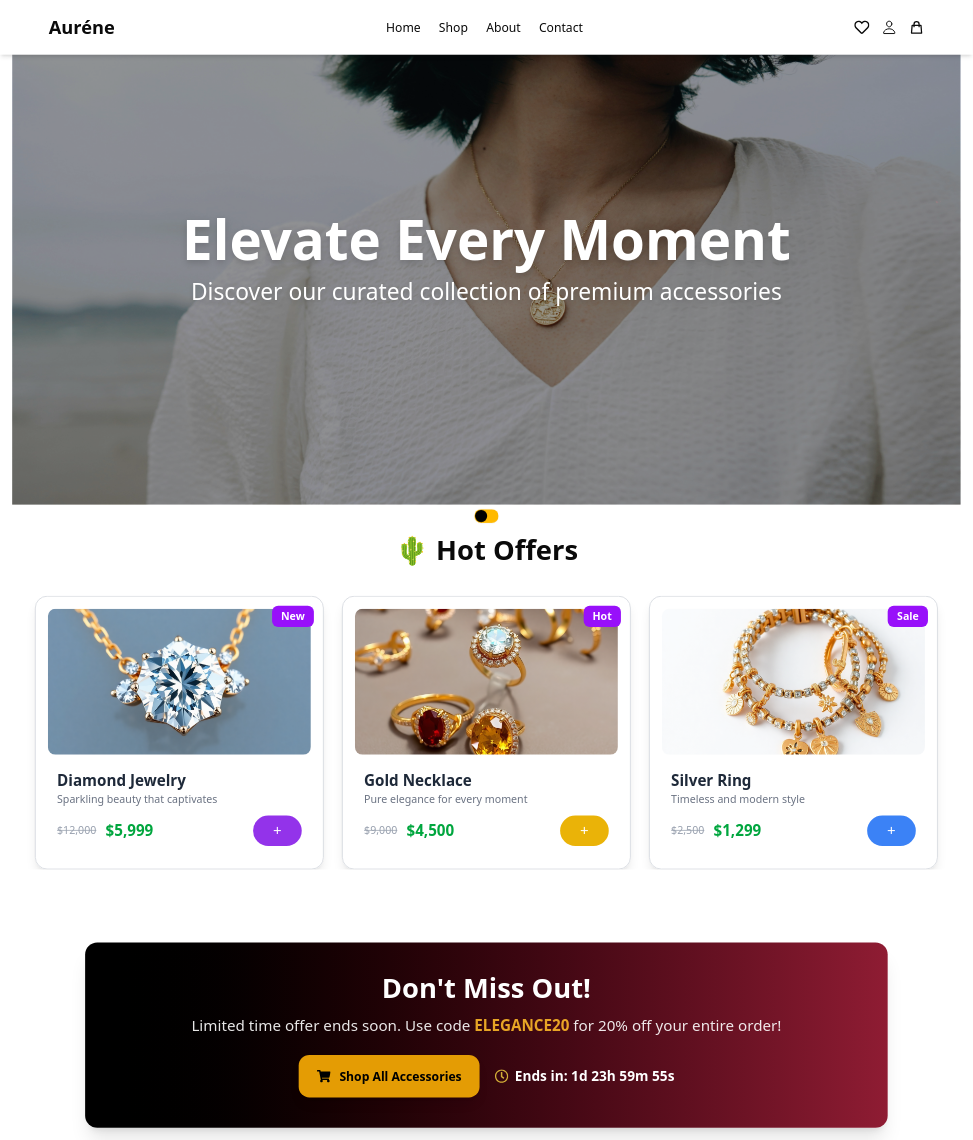
Repository: oehab30/Aur-ne-e-commerce-
Page: /
These files come from the project's save history. The page is drawn as it stood at one moment and after a run of saves; the edit follows.
The browser window is 1280 px wide. The pictures show the whole page, at 76% of full size.
The project was rebuilt for these pictures with package versions that can differ from the ones it lists, and the page was loaded fresh each time. Also part of the build but not shown: src/components/common/Tap.tsx, src/pages/Shop.tsx, src/pages/cart.tsx, src/pages/Profile.tsx, src/pages/About.tsx, src/pages/Contact.tsx, src/pages/Error.tsx, src/pages/Wishlist.tsx and 1 more. Imported but missing from the stored project, and not drawn on this page: src/components/ui/breadcrumb.tsx.

Above is the page before, as saved 2025-11-24 20:35:37.

### index.html
<!doctype html>
<html lang="en">
  <head>
    <meta charset="UTF-8" />
    <link rel="icon" type="image/svg+xml" href="/vite.svg" />
    <meta name="viewport" content="width=device-width, initial-scale=1.0" />
<link
  href="https://fonts.googleapis.com/css2?family=Playfair+Display:wght@400;500;600;700&display=swap"
  rel="stylesheet"
/>

    <title>vite-project</title>
  </head>
  <body>
    <div id="root"></div>
    <script type="module" src="/src/main.tsx"></script>
  </body>
</html>

### src/main.tsx
// main.tsx
import "./assets/styles/Modules.css";
import React from "react";
import ReactDOM from "react-dom/client";
import Routes from "./Routes/Routes"; // this is your router setup

ReactDOM.createRoot(document.getElementById("root")!).render(
  <React.StrictMode>
    <Routes />
  </React.StrictMode>
)

### src/assets/styles/Modules.css
@import url('https://fonts.googleapis.com/css2?family=Playfair+Display:wght@400;500;600;700&display=swap');

@import "tailwindcss";

@import "tw-animate-css";

@custom-variant dark (&:where(.dark *) );

:root {
  --primary: oklch(0.205 0 0);
  --buttons: #d5ae37;
  --radius: 0.625rem;
  --background: oklch(1 0 0);
  --foreground: oklch(0.145 0 0);
  --card: oklch(1 0 0);
  --card-foreground: oklch(0.145 0 0);
  --popover: oklch(1 0 0);
  --popover-foreground: oklch(0.145 0 0);
  --primary-foreground: oklch(0.985 0 0);
  --secondary: oklch(0.97 0 0);
  --secondary-foreground: oklch(0.205 0 0);
  --muted: oklch(0.97 0 0);
  --muted-foreground: oklch(0.556 0 0);
  --accent: oklch(0.97 0 0);
  --accent-foreground: oklch(0.205 0 0);
  --destructive: oklch(0.577 0.245 27.325);
  --border: oklch(0.922 0 0);
  --input: oklch(0.922 0 0);
  --ring: oklch(0.708 0 0);
  --chart-1: oklch(0.646 0.222 41.116);
  --chart-2: oklch(0.6 0.118 184.704);
  --chart-3: oklch(0.398 0.07 227.392);
  --chart-4: oklch(0.828 0.189 84.429);
  --chart-5: oklch(0.769 0.188 70.08);
  --sidebar: oklch(0.985 0 0);
  --sidebar-foreground: oklch(0.145 0 0);
  --sidebar-primary: oklch(0.205 0 0);
  --sidebar-primary-foreground: oklch(0.985 0 0);
  --sidebar-accent: oklch(0.97 0 0);
  --sidebar-accent-foreground: oklch(0.205 0 0);
  --sidebar-border: oklch(0.922 0 0);
  --sidebar-ring: oklch(0.708 0 0);
}

@theme inline {
  --radius-sm: calc(var(--radius) - 4px);
  --radius-md: calc(var(--radius) - 2px);
  --radius-lg: var(--radius);
  --radius-xl: calc(var(--radius) + 4px);
  --color-background: var(--background);
  --color-foreground: var(--foreground);
  --color-card: var(--card);
  --color-card-foreground: var(--card-foreground);
  --color-popover: var(--popover);
  --color-popover-foreground: var(--popover-foreground);
  --color-primary: var(--primary);
  --color-primary-foreground: var(--primary-foreground);
  --color-secondary: var(--secondary);
  --color-secondary-foreground: var(--secondary-foreground);
  --color-muted: var(--muted);
  --color-muted-foreground: var(--muted-foreground);
  --color-accent: var(--accent);
  --color-accent-foreground: var(--accent-foreground);
  --color-destructive: var(--destructive);
  --color-border: var(--border);
  --color-input: var(--input);
  --color-ring: var(--ring);
  --color-chart-1: var(--chart-1);
  --color-chart-2: var(--chart-2);
  --color-chart-3: var(--chart-3);
  --color-chart-4: var(--chart-4);
  --color-chart-5: var(--chart-5);
  --color-sidebar: var(--sidebar);
  --color-sidebar-foreground: var(--sidebar-foreground);
  --color-sidebar-primary: var(--sidebar-primary);
  --color-sidebar-primary-foreground: var(--sidebar-primary-foreground);
  --color-sidebar-accent: var(--sidebar-accent);
  --color-sidebar-accent-foreground: var(--sidebar-accent-foreground);
  --color-sidebar-border: var(--sidebar-border);
  --color-sidebar-ring: var(--sidebar-ring);
}

.dark {
  --background: oklch(0.145 0 0);
  --foreground: oklch(0.985 0 0);
  --card: oklch(0.205 0 0);
  --card-foreground: oklch(0.985 0 0);
  --popover: oklch(0.205 0 0);
  --popover-foreground: oklch(0.985 0 0);
  --primary: oklch(0.922 0 0);
  --primary-foreground: oklch(0.205 0 0);
  --secondary: oklch(0.269 0 0);
  --secondary-foreground: oklch(0.985 0 0);
  --muted: oklch(0.269 0 0);
  --muted-foreground: oklch(0.708 0 0);
  --accent: oklch(0.269 0 0);
  --accent-foreground: oklch(0.985 0 0);
  --destructive: oklch(0.704 0.191 22.216);
  --border: oklch(1 0 0 / 10%);
  --input: oklch(1 0 0 / 15%);
  --ring: oklch(0.556 0 0);
  --chart-1: oklch(0.488 0.243 264.376);
  --chart-2: oklch(0.696 0.17 162.48);
  --chart-3: oklch(0.769 0.188 70.08);
  --chart-4: oklch(0.627 0.265 303.9);
  --chart-5: oklch(0.645 0.246 16.439);
  --sidebar: oklch(0.205 0 0);
  --sidebar-foreground: oklch(0.985 0 0);
  --sidebar-primary: oklch(0.488 0.243 264.376);
  --sidebar-primary-foreground: oklch(0.985 0 0);
  --sidebar-accent: oklch(0.269 0 0);
  --sidebar-accent-foreground: oklch(0.985 0 0);
  --sidebar-border: oklch(1 0 0 / 10%);
  --sidebar-ring: oklch(0.556 0 0);
}

@layer base {
  * {
    @apply border-border outline-ring/50;
  }
  body {
    @apply bg-background text-foreground;
  }
}

:root {
  --main: #d5ae37;
  --button:#cb8b04;
}

/* Hide scrollbar (optional) */
.scrollbar-hide::-webkit-scrollbar {
  display: none;
}
.scrollbar-hide {
  -ms-overflow-style: none;
  scrollbar-width: none;
}

### src/Routes/Routes.tsx
// Routes.tsx
import React from "react";
import { createBrowserRouter, RouterProvider } from "react-router";
import Layout from "../components/common/layout";
import Home from "../pages/Home";
import Shop from "../pages/Shop";
import Cart from "../pages/cart";
import Profile from "../pages/Profile";
import About from "../pages/About";
import Contact from "../pages/Contact";
import Error from "../pages/Error";
import Wishlist from "../pages/Wishlist";
import Login from "../components/login-page/Loginform"
const router = createBrowserRouter([
  {
    element: <Layout />,
    children: [
      { path: "/", element: <Home /> },
      { path: "/Shop/:category", element: <Shop /> },
      { path: "/about", element: <About /> },
      { path: "/contact", element: <Contact /> },
      { path: "/Login", element: <Login /> },
      { path: "/Wishlist", element: <Wishlist /> },
      { path: "/cart", element: <Cart /> },
      { path: "/Profile", element: <Profile /> },
    ],
  },
 { path: "*", element: <Error/> },
]);

function Routes() {
  return <RouterProvider router={router} />;
}

export default Routes;

### src/components/common/layout.tsx
// Layout.tsx
import React from "react";
import Navbar from "./navbar";
import { Outlet } from "react-router-dom";
import Darkmode from "./Darkmode";

function Layout() {
  return (
    <>
      <Navbar  />
      <main className="min-h-screen p-4">
<Darkmode/>
        <Outlet />        {/* 👈 Page content changes here */}
      </main>
    </>
  );
}

export default Layout;

### src/pages/Home.tsx
import React from 'react'
import  HeroSection from '../components/home-page/Hero'
import Hotoffers from '../components/home-page/Hotoffers'
import DontMiss from '../components/home-page/Dontmiss'
function Error() {
  return (
<>
<HeroSection/>
<Hotoffers/>
<DontMiss/>
 </>
     )
}
export default Error

### src/components/common/navbar.tsx
import React, { useState } from "react";
import { Link } from "react-router-dom";
import { FaRegHeart } from "react-icons/fa";
import { HiOutlineShoppingBag } from "react-icons/hi";
import { IoPersonOutline } from "react-icons/io5";

function Navbar() {
  const [menuOpen, setMenuOpen] = useState(false);

  return (
    <nav className="w-full fixed  shadow-md bg-white dark:bg-black z-[100] ">
      <div className="max-w-[1280px] mx-auto flex justify-between items-center py-5 px-6 md:px-16">
        {/* Logo */}
        <Link to="/" className="text-2xl font-semibold font-[Playfair Display]  dark:text-white">
          Auréne
        </Link>

        {/* Desktop Links */}
        <div className="hidden md:flex gap-6 font-medium  ">
          <Link to="/" className="hover:text-[var(--main)] dark:hover:text-[var(--main)] duration-300">Home</Link>
          <Link to="/Shop/:category" className="hover:text-[var(--main)] dark:hover:text-[var(--main)] duration-300">Shop</Link>
          <Link to="/about" className="hover:text-[var(--main)] dark:hover:text-[var(--main)] duration-300">About</Link>
          <Link to="/contact" className="hover:text-[var(--main)] dark:hover:text-[var(--main)] duration-300">Contact</Link>
        </div>

        {/* Icons + Login */}
        <div className="hidden md:flex items-center gap-4 text-xl  dark:text-white">
          <Link to="/wishlist" className="hover:text-[var(--main)] dark:hover:text-[var(--main)] duration-300"><FaRegHeart /></Link>
          <Link to="/Login" className="hover:text-[var(--main)] dark:hover:text-[var(--main)] duration-300"><IoPersonOutline /></Link>
          <Link to="/cart" className="hover:text-[var(--main)] dark:hover:text-[var(--main)] duration-300"><HiOutlineShoppingBag /></Link>
        </div>

        {/* Mobile Menu Button */}
        <button
          onClick={() => setMenuOpen(!menuOpen)}
          className="md:hidden text-3xl text-gray-700  focus:outline-none"
        >
          ☰
        </button>
      </div>

      {/* Mobile Menu */}
      {menuOpen && (
        <div className="md:hidden flex flex-col items-center gap-4 py-6 bg-white dark:bg-black  dark:text-white shadow-lg">
          <Link to="/" onClick={() => setMenuOpen(false)} className="hover:text-[var(--main)] dark:hover:text-[var(--main)] duration-300">Home</Link>
          <Link to="/Shop/:category" onClick={() => setMenuOpen(false)} className="hover:text-[var(--main)] dark:hover:text-[var(--main)] duration-300">Shop</Link>
          <Link to="/about" onClick={() => setMenuOpen(false)} className="hover:text-[var(--main)] dark:hover:text-[var(--main)] duration-300">About</Link>
          <Link to="/contact" onClick={() => setMenuOpen(false)} className="hover:text-[var(--main)] dark:hover:text-[var(--main)] duration-300">Contact</Link>
        </div>
      )}
    </nav>
  );
}

export default Navbar;

### src/components/common/Darkmode.tsx
import React, { useEffect, useState } from 'react';
import { Switch } from "@/components/ui/switch"
function Darkmode() {
  const [mode, setMode] = useState(false);

  useEffect(() => {
    if (mode) {
      document.body.classList.add('dark');
    } else {
      document.body.classList.remove('dark');
    }
  }, [mode]);

  return (
    <>
      <Switch  onClick={() => setMode(!mode)} className=" px- fixed bottom-8 left-1/2 -translate-x-1/2 z-50">

      </Switch>
    </>
  );
}

export default Darkmode;

### src/components/home-page/Hero.tsx
import React from "react";
import heroImage from "../../../public/home-pic/hero3.jpg";

function Hero() {
  return (
    <div
      className="relative w-full h-[87vh] sm:h-[60vh] md:h-[80vh] lg:h-[90vh] flex flex-col items-center justify-center text-center overflow-hidden"
      style={{ backgroundImage: `url(${heroImage})`, backgroundSize: "cover", backgroundPosition: "center" }}
    >
      {/* Overlay */}
      <div className="absolute inset-0 bg-black/35"></div>

      {/* Content */}
      <div className="relative px-4 sm:px-6 lg:px-8">
        <h1 className="text-white text-4xl sm:text-5xl md:text-6xl lg:text-7xl font-bold drop-shadow-lg">
          Elevate Every Moment
        </h1>
        <p className="mt-4 text-white text-lg sm:text-xl md:text-2xl lg:text-3xl drop-shadow-md">
          Discover our curated collection of premium accessories
        </p>
      </div>
    </div>
  );
}

export default Hero;

### src/components/home-page/Hotoffers.tsx
import React from "react";
import { motion } from "framer-motion";

function Hotoffers() {
  const products = [
    {
      id: 1,
      name: "Diamond Jewelry",
      description: "Sparkling beauty that captivates",
      oldPrice: "$12,000",
      newPrice: "$5,999",
      image: "/home-pic/HO-1.png",
      tag: "New",
      buttonColor: "#9333EA",
    },
    {
      id: 2,
      name: "Gold Necklace",
      description: "Pure elegance for every moment",
      oldPrice: "$9,000",
      newPrice: "$4,500",
      image: "/home-pic/HO-2.png",
      tag: "Hot",
      buttonColor: "#EAB308",
    },
    {
      id: 3,
      name: "Silver Ring",
      description: "Timeless and modern style",
      oldPrice: "$2,500",
      newPrice: "$1,299",
      image: "/home-pic/HO-3.png",
      tag: "Sale",
      buttonColor: "#3B82F6",
    },
  ];

  return (
    <div className="mt-10">
      <h1 className="text-center text-4xl font-bold mb-10">🌵 Hot Offers</h1>

      {/* MOBILE SWIPE CONTAINER */}
      <div className="flex gap-6 overflow-x-auto px-4 snap-x snap-mandatory scrollbar-hide md:flex-wrap md:justify-center">
        {products.map((product) => (
          <motion.div
            key={product.id}
            className="w-[300px] md:w-[380px] flex-shrink-0 snap-center h-[360px] relative rounded-2xl overflow-hidden border border-gray-300 shadow-lg p-4"
            initial={{ opacity: 0, y: 50 }}
            whileInView={{ opacity: 1, y: 0 }}
            viewport={{ once: true, amount: 0.2 }}
            transition={{ duration: 0.6, ease: "easeOut" }}
          >
            {/* Image */}
            <div className="h-48 w-full overflow-hidden rounded-lg">
              <img
                src={product.image}
                alt={product.name}
                className="w-full h-full object-cover hover:scale-105 transition-transform duration-300"
              />
            </div>

            {/* Tag */}
            <div className="absolute top-3 right-3 z-10 bg-purple-600 text-white text-sm font-semibold px-3 py-1 rounded-md">
              {product.tag}
            </div>

            {/* Content */}
            <div className="p-3 mt-2">
              <h3 className="text-xl font-semibold text-gray-800">{product.name}</h3>
              <p className="text-gray-500 mb-2 text-sm">{product.description}</p>

              <div className="flex items-center justify-between mt-3">
                <div className="flex items-center gap-3">
                  <p className="text-gray-400 line-through text-sm">{product.oldPrice}</p>
                  <p className="text-xl font-bold text-green-600">{product.newPrice}</p>
                </div>

                <button
                  style={{ backgroundColor: product.buttonColor }}
                  className="text-white w-16 h-10 flex items-center justify-center rounded-full hover:opacity-80 transition-all duration-300 text-xl"
                >
                  +
                </button>
              </div>
            </div>
          </motion.div>
        ))}
      </div>
    </div>
  );
}

export default Hotoffers;

### src/components/home-page/Dontmiss.tsx
import React, { useEffect, useState } from "react";
import { FaShoppingCart, FaRegClock } from "react-icons/fa";
import { motion } from "framer-motion";
import { useNavigate } from "react-router-dom"; // if using React Router

function DontMiss() {
  const [timeLeft, setTimeLeft] = useState<string>("");
  const navigate = useNavigate(); // React Router navigation

  // Countdown Timer
  useEffect(() => {
    const endDate = new Date();
    endDate.setDate(endDate.getDate() + 2);

    const timer = setInterval(() => {
      const now = new Date().getTime();
      const distance = endDate.getTime() - now;

      if (distance < 0) {
        setTimeLeft("Expired");
        clearInterval(timer);
        return;
      }

      const days = Math.floor(distance / (1000 * 60 * 60 * 24));
      const hours = Math.floor(
        (distance % (1000 * 60 * 60 * 24)) / (1000 * 60 * 60)
      );
      const minutes = Math.floor((distance % (1000 * 60 * 60)) / (1000 * 60));
      const seconds = Math.floor((distance % (1000 * 60)) / 1000);

      setTimeLeft(`${days}d ${hours}h ${minutes}m ${seconds}s`);
    }, 1000);

    return () => clearInterval(timer);
  }, []);

  return (
    <motion.div
           initial={{ opacity: 0, y: 50 }}   // start hidden & moved down
            whileInView={{ opacity: 1, y: 0 }} // animate when in view
            viewport={{ once: true, amount: 0.2 }} // trigger when 20% visible
            transition={{ duration: 0.6, ease: "easeOut" }}
      className=" mt-24 text-center mx-4 md:mx-24 bg-gradient-to-r from-black to-[#8F1C33] text-white px-6 py-10 rounded-2xl shadow-xl"
    >
      <h1 className="text-2xl md:text-4xl font-bold mb-4">Don't Miss Out!</h1>

      <p className="mb-6 text-lg md:text-xl opacity-90">
        Limited time offer ends soon. Use code{" "}
        <span className="font-bold text-[#fbb728]">ELEGANCE20</span> for 20%
        off your entire order!
      </p>

      <div className="flex flex-col-reverse md:flex-row gap-5 justify-center items-center">
        <button
          className=" bg-[#e49c04] hover:bg-[#fcbd39] duration-300 text-black py-4 px-6 rounded-xl flex items-center gap-3 font-semibold shadow-lg cursor-pointer"
          onClick={() => navigate("/Menu/category")} // fixed navigation
        >
          <FaShoppingCart className="text-lg" /> Shop All Accessories
        </button>

        <div className="flex items-center gap-2 text-lg font-semibold">
          <FaRegClock className="text-[#D4AF37]" />
          <span>Ends in: {timeLeft}</span>
        </div>
      </div>
    </motion.div>
  );
}

export default DontMiss;

### src/components/ui/switch.tsx
import * as React from "react"
import * as SwitchPrimitive from "@radix-ui/react-switch"

import { cn } from "@/lib/utils"

function Switch({
  className,
  ...props
}: React.ComponentProps<typeof SwitchPrimitive.Root>) {
  return (
    <SwitchPrimitive.Root
      data-slot="switch"
      className={cn(
        "peer data-[state=checked]:bg-white data-[state=unchecked]:bg-amber-400 focus-visible:border-ring focus-visible:ring-ring/50 dark:data-[state=unchecked]:bg-gray-500/80 inline-flex h-[1.15rem] w-8 shrink-0 items-center rounded-full border border-transparent shadow-xs transition-all outline-none focus-visible:ring-[3px] disabled:cursor-not-allowed disabled:opacity-50",
        className
      )}
      {...props}
    >
      <SwitchPrimitive.Thumb
        data-slot="switch-thumb"
        className={cn(
          "bg-black dark:data-[state=unchecked]:bg-gray-200 dark:data-[state=checked]:bg-blue-600 pointer-events-none block size-4 rounded-full ring-0 transition-transform data-[state=checked]:translate-x-[calc(100%-2px)] data-[state=unchecked]:translate-x-0"
        )}
      />
    </SwitchPrimitive.Root>
  )
}

export { Switch }

Loaded but not shown: src/Lib/utils.js (common file)

After the next 2 saves:
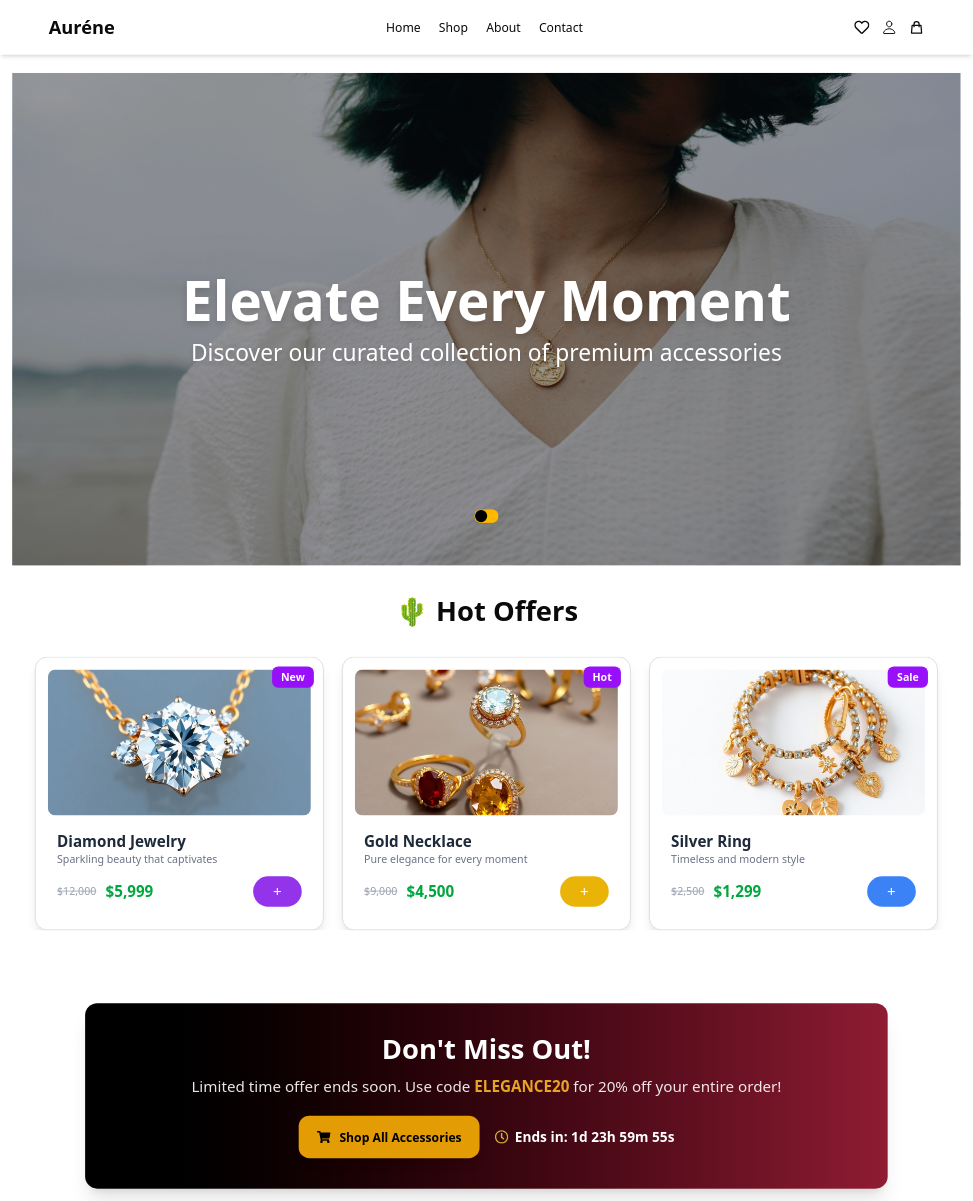
The 2 saves are shown as one change because they came seconds apart.
The last was saved 14 s later.
--- a/src/components/common/layout.tsx
+++ b/src/components/common/layout.tsx
@@ -8,7 +8,7 @@ function Layout() {
   return (
     <>
       <Navbar  />
-      <main className="min-h-screen p-4">
+      <main className="min-h-screen p-4 pt-24">
 <Darkmode/>
         <Outlet />        {/* 👈 Page content changes here */}
       </main>
